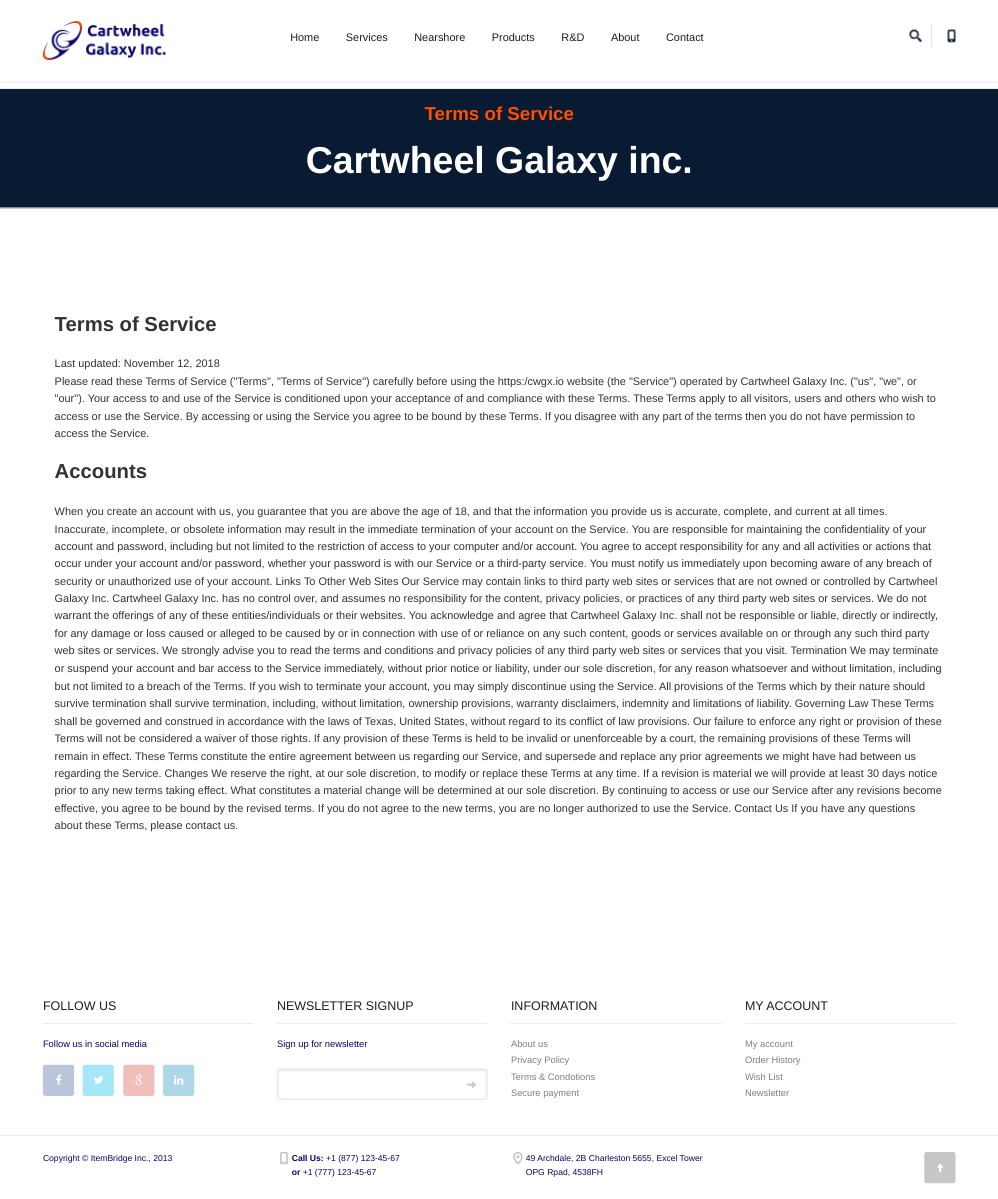
Repository: g-tecio/cwgx.io
Page: terms.html
The author's editor kept a record of every edit. The page is drawn from the files as they stood at one moment, then again after the next edit.
The browser window is 1280 px wide. The pictures show the whole page, at 78% of full size.

Above is the page before.

After the next edit:
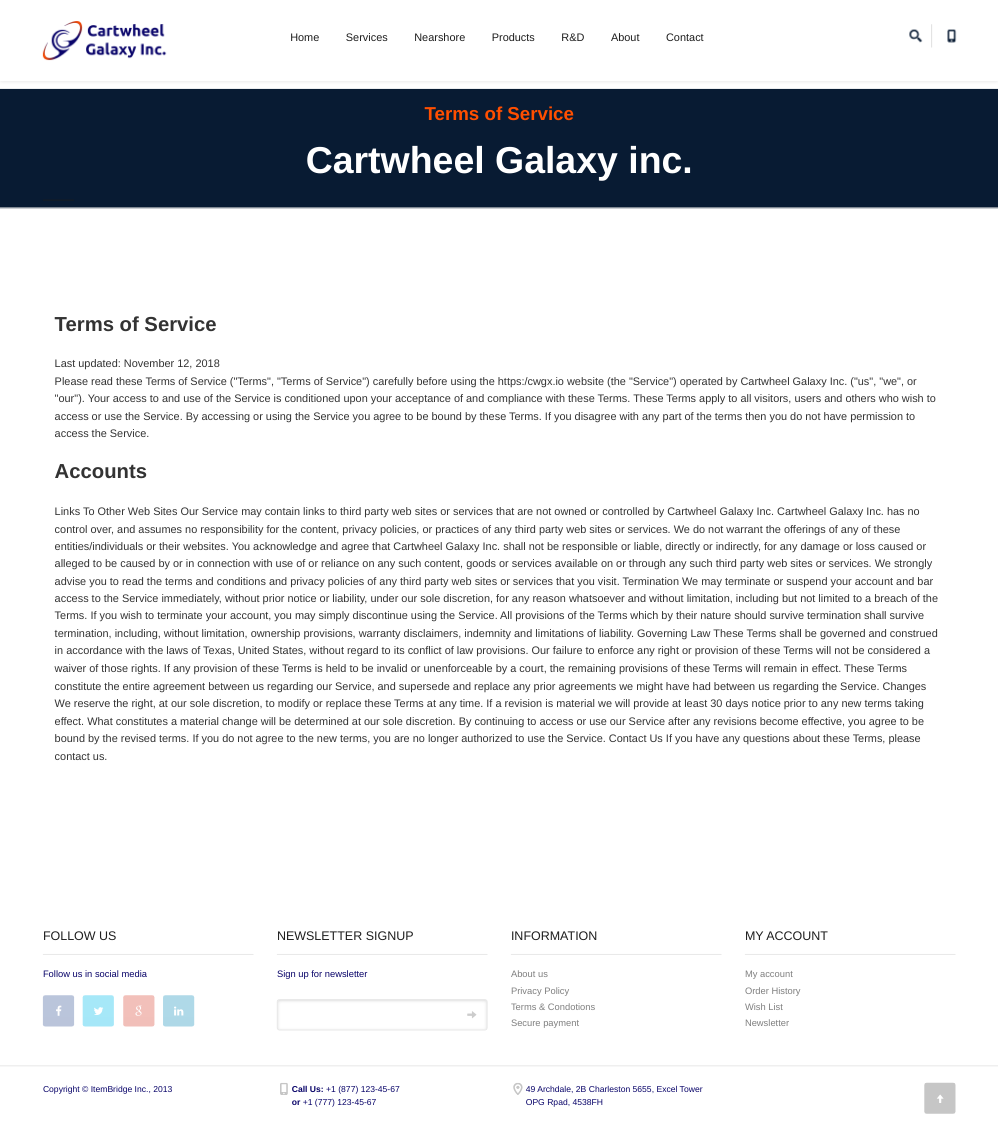
The edit:
--- a/terms.html
+++ b/terms.html
@@ -198,8 +198,6 @@
 
 </p>
 
-When you create an account with us, you guarantee that you are above the age of 18, and that the information you provide us is accurate, complete, and current at all times. Inaccurate, incomplete, or obsolete information may result in the immediate termination of your account on the Service.
-You are responsible for maintaining the confidentiality of your account and password, including but not limited to the restriction of access to your computer and/or account. You agree to accept responsibility for any and all activities or actions that occur under your account and/or password, whether your password is with our Service or a third-party service. You must notify us immediately upon becoming aware of any breach of security or unauthorized use of your account.
 Links To Other Web Sites
 Our Service may contain links to third party web sites or services that are not owned or controlled by Cartwheel Galaxy Inc.
 Cartwheel Galaxy Inc. has no control over, and assumes no responsibility for the content, privacy policies, or practices of any third party web sites or services. We do not warrant the offerings of any of these entities/individuals or their websites.
